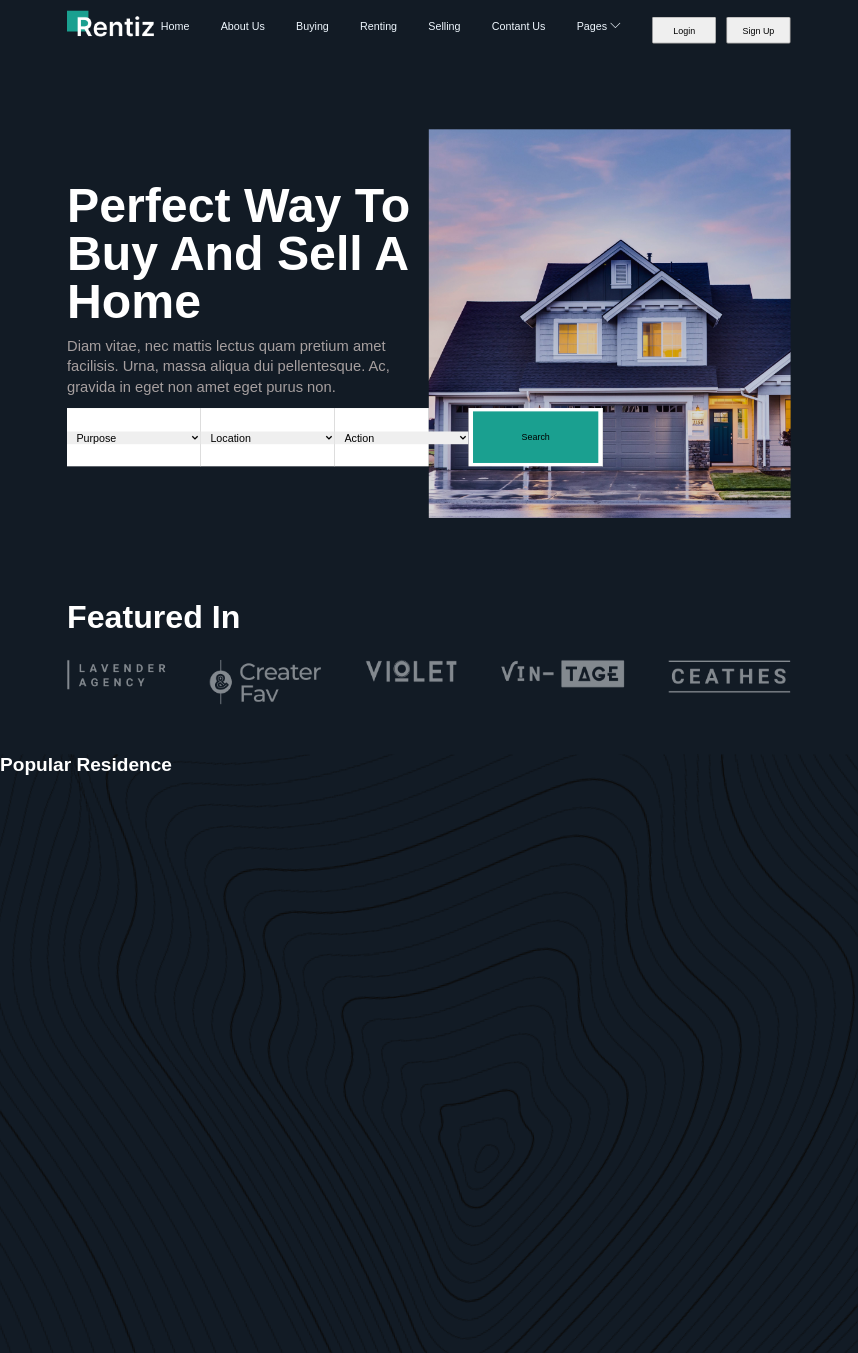
Repository: tung1233hhhhhhhhhhhhh/WebClone-Home
Page: index.html
The author's editor kept a copy of each file at every save. The page is drawn from the files as they stood at one save, then again after the next save.
The browser window is 1280 px wide. The pictures show the whole page, at 67% of full size.

Above is the page before, as saved 2023-05-23 19:59:24.

### index.html
<!DOCTYPE html>
<html lang="en">

<head>
    <meta charset="UTF-8">
    <meta http-equiv="X-UA-Compatible" content="IE=edge">
    <meta name="viewport" content="width=device-width, initial-scale=1.0">
    <title>Document</title>
    <link rel="stylesheet" href="./assets/css/main.css">
    <link rel="stylesheet" href="./assets/css/root.css">
    <link rel="stylesheet" href="./assets/fonts/themify-icons/themify-icons.css">
</head>

<body>
    <div id="hearder">
        <div class="nav">
            <div class="nav-brand">
                <img src="./assets/img/logo.png" alt="">
            </div>
            <ul class="nav-list">
                <li><a href="">Home</a></li>
                <li><a href="">About Us</a></li>
                <li><a href="">Buying</a></li>
                <li><a href="">Renting</a> </li>
                <li><a href="">Selling</a> </li>
                <li><a href="">Contant Us</a> </li>
                <li><a href="">Pages
                        <i class="ti-angle-down"></i>
                    </a> </li>
                <li><button class="nav-btn-login">Login</button></li>
                <li><button class="nav-btn-signup">Sign Up</button></li>
            </ul>
        </div>
    </div>

    <!--billboard  -->

    <div id="billboard">
        <div class="container">
            <div class="main">
                <div class="billboard-text">
                    <h1>Perfect Way To Buy And Sell A Home</h1>
                    <p>Diam vitae, nec mattis lectus quam pretium amet facilisis. Urna, massa aliqua dui pellentesque.
                        Ac, gravida in eget non amet eget purus non.</p>
                    <div class="navbar-billboard">
                        <div class="container-billboard">

                            <div class="billboard-select">
                                <select name="" id="" class="form-select">
                                    <option value="">Purpose</option>
                                    <option value="">Buy</option>
                                    <option value="">Action</option>
                                    <option value="">Something else here</option>
                                </select>
                            </div>
                            <div class="billboard-select">
                                <select name="" id="" class="form-select">
                                    <option value="">Location</option>
                                    <option value="">Action</option>
                                    <option value="">Another action</option>
                                    <option value="">Something else here</option>
                                </select>
                            </div>
                            <div class="billboard-select">
                                <select name="" id="" class="form-select">
                                    <option value="">Action</option>
                                    <option value="">Another action</option>
                                    <option value="">Something else here</option>
                                    <option value="">Type</option>
                                </select>
                            </div>
                            <div class="billboard-btn">
                                <button class="btn-select">Search</button>
                            </div>
                        </div>
                    </div>
                </div>

                <div class="billboard-img"></div>

            </div>
        </div>
    </div>

    <!-- feature -->

    <div id="feature">
        <div class="container">
            <div class="feature-row">
                <h2>Featured In</h2>
            </div>
            <div class="feature-row row-logo">
                <div class="feature-logo">
                    <img src="./assets/img/logo1.png" alt="">
                </div>
                <div class="feature-logo">
                    <img src="./assets/img/logo2.png" alt="">
                </div>
                <div class="feature-logo">
                    <img src="./assets/img/logo3.png" alt="">
                </div>
                <div class="feature-logo">
                    <img src="./assets/img/logo4.png" alt="">
                </div>
                <div class="feature-logo">
                    <img src="./assets/img/logo6.png" alt="">
                </div>
            </div>
        </div>
    </div>

    <!-- residence -->

    <div id="residence">
        <div class="container">
            <h2 class="text-residence">Popular Residence</h2>
        </div>
    </div>
</body>

</html>

### assets/css/main.css
* {
    margin: 0;
    padding: 0;
    box-sizing: border-box;
}

body {
    font-family: 'Work Sans', sans-serif;
    font-weight: 400;
    font-size: 19px;
    line-height: 1.6em;
    color: var(--body-text-color);
    background-color: var(--dark-color);
}


#hearder {
    width: 100%;
    height: 73px;
    padding: 8px 0;
}

#hearder .nav {
    max-width: 1536px;
    height: 73px;
    margin: 0 100px;
    display: flex;
    justify-content: space-between;
    align-items: center;
    z-index: 10;
}

#hearder .nav-brand {
    display: inline;
}

#hearder .nav-list {
    display: flex;
    flex-direction: row;
    width: 965px;
    justify-content: space-between;
}

#hearder .nav-list li {
    display: flex;
    flex-direction: row;
    list-style: none;
    padding: 8px;
    margin-right: 24px;
}

#hearder li a {
    text-decoration: none;
    font-size: 16px;
    color: aliceblue;
}

#hearder .nav-list button {
    width: 96px;
    height: 40px;
    padding: 12px 6px;
    margin-right: -32px;
}

/* billboard */

#billboard {
    width: 100%;
    height: 586px;
    margin-top: 120px;
    margin-bottom: 80px;
}

#billboard .container {
    height: 100%;
    margin: 0 100px;
}

#billboard .main {
    display: flex;
    flex-direction: row;
    justify-content: space-between;
    align-items: center;
}

#billboard .main .billboard-text {
    width: 50%;
}

#billboard .billboard-text h1 {
    text-transform: capitalize !important;
    line-height: 1;
    margin-bottom: 1rem;
    font-size: 72px;
}

#billboard .billboard-text p {
    font-size: 22px;
    font-weight: 300;
    font-family: 'Work Sans', sans-serif;
    color: var(--light-text-color);
    margin-bottom: 1rem;
}

#billboard .navbar-billboard {
    /* min-width: 782px; */
    display: flex;
    justify-content: space-between;
    padding: 0;
    background: #fff;
}

#billboard .navbar-billboard .container-billboard {
    display: flex;
    flex-wrap: inherit;
    align-items: center;
    justify-content: space-between;
    width: 860px;
    height: 87px;
    z-index: 1;
}

.navbar-billboard .form-select {
    border: none;
    width: 100%;
    padding: 0 10px;
    font-size: 1rem;
    font-weight: 400;
}

.navbar-billboard .billboard-select,
.billboard-btn {
    height: 100%;
    border-right: 1px solid #ccc;
    line-height: 87px;
    width: 200px;
}

.navbar-billboard .billboard-btn {
    height: 100%;
    background-color: #fff;
}

.navbar-billboard .billboard-btn .btn-select {
    border: none;
    width: 94%;
    height: 89%;
    background-color: var(--accent-color);
    margin-left: 6px;
    transform: translateY(-2px);
}

#billboard .main .billboard-img {
    background: url("/assets/img/pexels-binyamin-mellish-106399\ 2.png") center / cover no-repeat;

    width: 636px;
    height: 580px;
}

/* feature */

#feature {
    height: 267px;

}

#feature .container {
    padding-top: 3rem !important;
    padding-bottom: 3rem !important;
    display: flex;
    flex-direction: column;
    margin-left: 100px;
    margin-right: 100px;
    height: 100%;
}

#feature .container .row-logo {
    display: flex;
    flex-direction: row;
    justify-content: space-between;

}

#feature .feature-row h2 {
    font-family: 'Work Sans', sans-serif;
    font-weight: 600;
    color: var(--body-text-color);
    font-size: 48px;
    margin-bottom: 48px;
}


#residence {
    width: 100%;
    height: 893px;
    background: url("/assets/img/residence.png") center / cover no-repeat;
    position: relative;
}

### assets/css/root.css
:root {
    --accent-color: #1AA090;
    --dark-color: #121B25;
    --grey-color: #83898F;
    --body-text-color: #FFFFFF;
    --light-text-color: #a69f9f;
    --link-color: #092035;
}

Loaded but not shown: assets/fonts/themify-icons/themify-icons.css (common file)

After the next save:
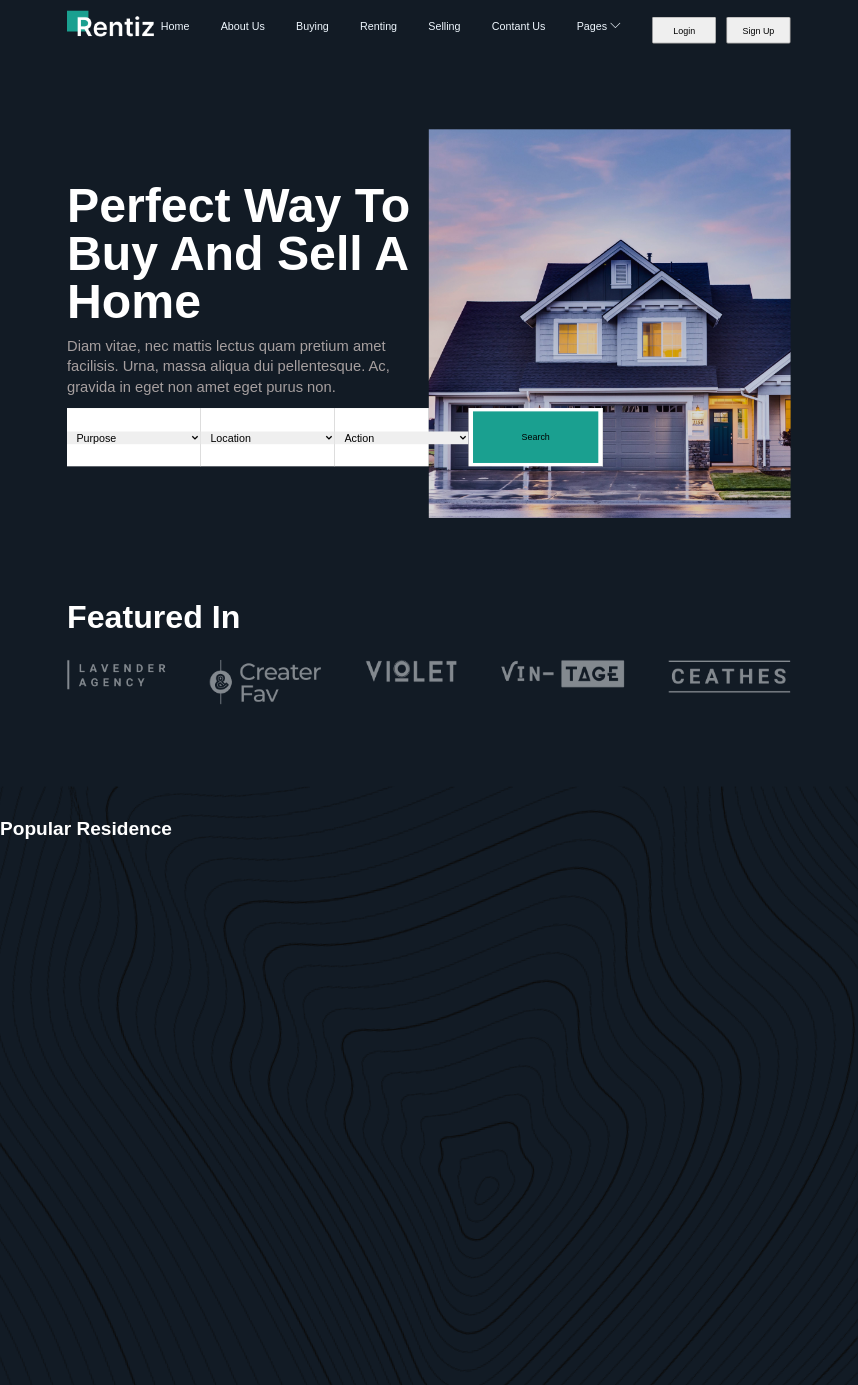
Saved 60 s later.
--- a/assets/css/main.css
+++ b/assets/css/main.css
@@ -196,3 +196,11 @@ body {
     background: url("/assets/img/residence.png") center / cover no-repeat;
     position: relative;
 }
+
+#residence .container {
+    padding-top: 3rem !important;
+    padding-bottom: 3rem !important;
+    margin-top: 3rem !important;
+    margin-bottom: 3rem !important;
+
+}
